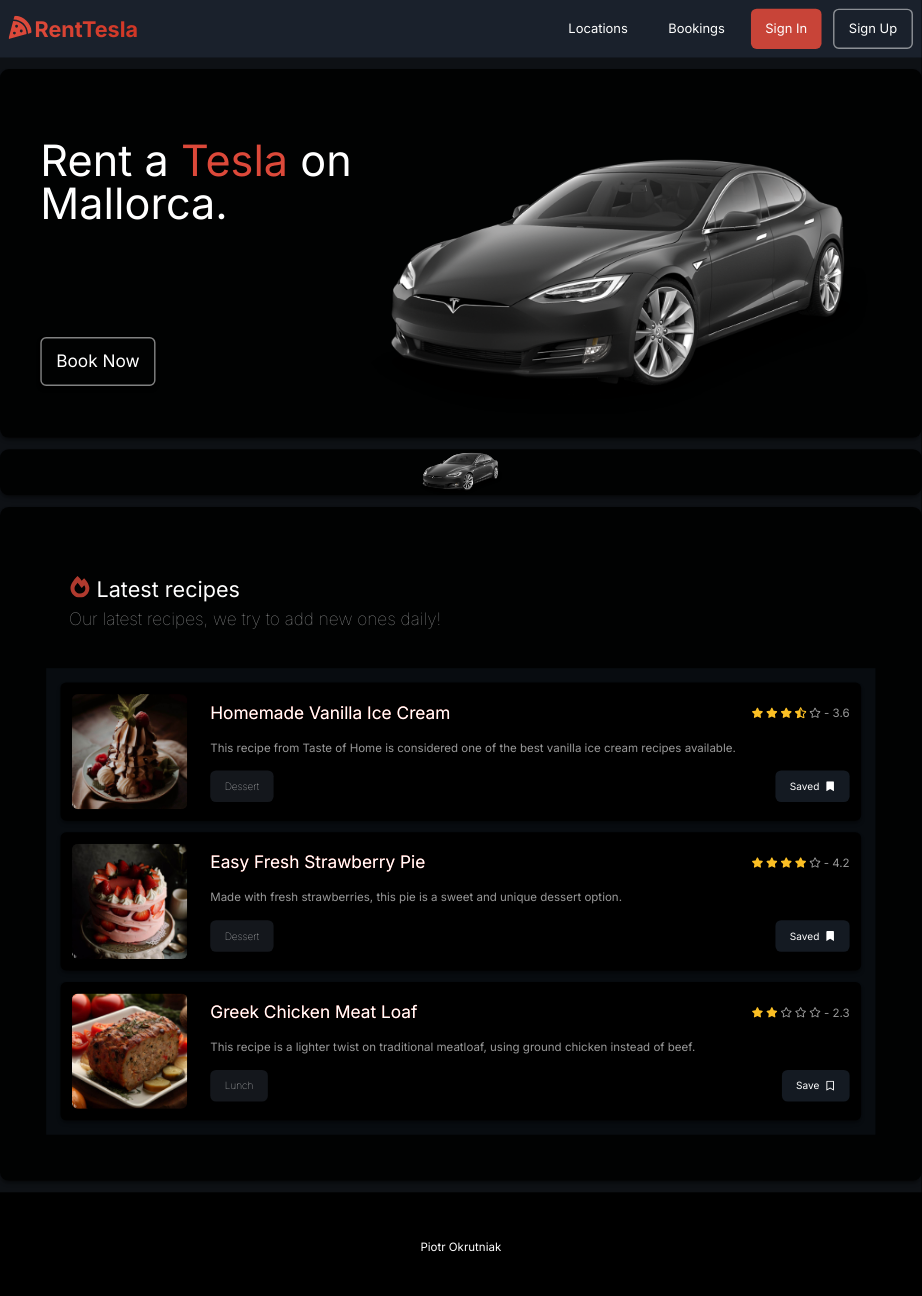
Repository: piotrokrutniak/RentallApp.UI
Page: /
The author's editor kept a copy of each file at every save. The page is drawn from the files as they stood at one save, then again after the next save.
The browser window is 1280 px wide. The pictures show the whole page, at 72% of full size.
The project was rebuilt for these pictures with package versions that can differ from the ones it lists, and the page was loaded fresh each time. The framework's server and built-in components were replaced by stand-ins that run in the browser. Also part of the build but not shown: next.config.js.

Above is the page before, as saved 2023-10-05 21:07:58.

### src/app/layout.tsx
import './globals.css'
import type { Metadata } from 'next'
import { Inter } from 'next/font/google'
import NavBar from './components/navbar/navbar'
import Footbar from './components/footbar/footbar'

const inter = Inter({ subsets: ['latin'] })

export const metadata: Metadata = {
  title: 'Recipefy',
  description: 'Website with the tastiest recipes!',
}

export default function RootLayout({
  children,
}: {
  children: React.ReactNode
}) {
  return (
    <html lang="en">
      <body className={`${inter.className} bg-black`}>
        <div className="bg-slate-600/20 min-h-screen pb-4">
        <NavBar/>
        {children}
        </div>
        <Footbar/>
      </body>
    </html>
  )
}

### src/app/page.tsx
import Image, { StaticImageData } from 'next/image'
import { FaMugHot, FaCookieBite, FaHamburger, FaFireAlt, FaBookmark, FaRegBookmark } from 'react-icons/fa'
import CookingSvg from './components/svgComponents/CookingSvg'
import Rating from './components/generic/rating'
import Button from './components/generic/button'
import tesla from '../../public/media/tesla-mirrored.png'
import lunch from '../../public/media/lunch.jpg'
import dessert from '../../public/media/dessert.jpg'
import strawberryCake from '../../public/media/recipes/strawberryCake.jpg'
import greekMeatLoaf from '../../public/media/recipes/greekMeatLoaf.jpg'
import vanillaIceCream from '../../public/media/recipes/vanillaIceCream.jpg'
import { useState } from 'react'
import { RecipeListing } from './components/generic/recipeListing'
import { Input } from 'postcss'
import SearchBar from './components/generic/searchBar'

export default function Home() {
  return (
    <main className="flex flex-col m-auto gap-4">
      <section id="header-section" className='max-w-7xl bg-black/90 m-auto w-full px-14 py-8 rounded-xl mt-4 shadow-md shadow-black/40'>
        <div className="sm:p-8 pb-14 flex justify-between">

        </div>
        <div className='w-full flex justify-between'>
          <div className="flex flex-col gap-10 justify-between pb-10 text-white">
          <h1 className="text-5xl md:text-6xl"> Rent a <span className="text-vermilion-400">Tesla</span> on Mallorca. </h1>
          <Button className="w-fit py-4 rounded-lg shadow-md shadow-black hover:bg-vermilion-500 bg-transparent capitalize border-white/50 hover:border-vermilion-500 border-2 text-2xl">
            Book Now
          </Button>
          </div>
          <div className="relative w-full h-96 left-0 flex gap-10 pt-3 overflow-x-auto m-auto justify-around select-none pb-10">
              <Image src={tesla} layout="fill" objectFit="contain" alt="Breakfast Photo" className="h-96 group-hover:opacity-50"/>
          </div>
        </div>
      </section>

      <section id="searchbar-section" className='max-w-7xl relative bg-black/90 px-7 m-auto w-full p-8 sm:px-16 rounded-xl shadow-md shadow-black/40 flex-col'>
        <Image src={tesla} layout="fill" objectFit="contain" alt="Breakfast Photo" className="group-hover:opacity-50"/>
      </section>

      <section id="top-picks-section" className='max-w-7xl bg-black/90 m-auto w-full sm:p-8 rounded-xl shadow-md shadow-black/40 flex-col'>
        <div className="lg:p-8 pb-14 flex flex-col gap-5">
          <div className="p-8">
            <h1 className="text-3xl text-white flex gap-2 pb-2" > <FaFireAlt className="opacity-80 fill-vermilion-400"/> Latest recipes</h1>
            <p className="text-2xl font-thin text-white/60 flex gap-2" > Our latest recipes, we try to add new ones daily!</p>
          </div>
          <div className="w-full h-fit p-5 bg-slate-800/25 flex flex-col gap-4">
            <RecipeListing title="Homemade Vanilla Ice Cream"
              desc="This recipe from Taste of Home is considered one of the best vanilla ice cream recipes available."
              image={vanillaIceCream}
              rating={3.6}
              saved={true}
              tags={["Dessert"]}/>
            <RecipeListing title="Easy Fresh Strawberry Pie"
              desc="Made with fresh strawberries, this pie is a sweet and unique dessert option."
              image={strawberryCake}
              rating={4.2}
              saved={true}
              tags={["Dessert"]}/>
            <RecipeListing title="Greek Chicken Meat Loaf"
              desc="This recipe is a lighter twist on traditional meatloaf, using ground chicken instead of beef."
              image={greekMeatLoaf}
              rating={2.3}
              saved={false}
              tags={["Lunch"]}/>
          </div>
        </div>
      </section>
    </main>
  )
}

### src/app/globals.css
@tailwind base;
@tailwind components;
@tailwind utilities;

:root {}

@media (prefers-color-scheme: dark) {
  :root {}
}

body {}

### src/app/components/navbar/navbar.tsx
"use client"

import { FaPizzaSlice, FaBars } from "react-icons/fa"
import { BsX } from "react-icons/bs"
import Button from "../generic/button"
import { useState } from "react"
import Link from "next/link"


export default function NavBar(){
    const [showMobile, setShowMobile] = useState(false)

    return(
        <div className="bg-black/80 sticky top-0 z-20 backdrop-blur-xl">
            <div className="w-full flex bg-slate-700/50 ">
                <div className="p-3 m-auto w-full flex max-w-7xl justify-between items-center">
                    <Link href="/">
                    <div className="flex gap-1 h-fit select-none cursor-pointer active:opacity-80 hover:border-b-2 hover:pb-1 active:pb-0
                            border-opacity-0 border-vermilion-400 hover:border-opacity-100 border-b-0 transition-all">
                        <FaPizzaSlice className="h-full w-8 fill-vermilion-400"/>
                        <h1 className="text-3xl font-bold text-transparent bg-clip-text bg-gradient-to-r from-vermilion-400 to-vermilion-500">RentTesla</h1>
                    </div>
                    </Link>
                    <div className="hidden text-lg gap-4 md:flex">
                        <Button className="text-white bg-transparent active:bg-slate-100/5 hover:bg-slate-100/5 shadow-black/40 hover:shadow-md"
                            onClick={undefined}>
                            Locations
                        </Button>
                        <Button className="text-white bg-transparent active:bg-slate-100/5 hover:bg-slate-100/5 shadow-black/40 hover:shadow-md"
                            onClick={undefined}>
                            Bookings
                        </Button>
                        <Button className="text-white bg-vermilion-400 shadow-black/40 hover:shadow-md"
                            onClick={undefined}>
                            Sign In
                        </Button>
                        <Button className="text-white bg-transparent capitalize border-2 border-white/50 hover:border-vermilion-400 hover:text-vermilion-400
                            active:opacity-80 shadow-black/40 hover:shadow-md"
                            onClick={undefined}>
                            Sign Up
                        </Button>
                    </div>
                    <div className="md:hidden">
                        <FaBars className="h-10 w-10 fill-white cursor-pointer hover:fill-vermilion-400 active:opacity-80" onClick={() => setShowMobile(true)}/>
                    </div>
                    <div className={`${showMobile ? "" : "translate-x-full"} absolute w-screen h-screen bg-black left-0 top-0 md:hidden transition-all z-50 ease-in-out`}>
                    <div id="mobile-header" className="flex flex-row-reverse w-full">
                        <BsX className="fill-white w-16 h-16 cursor-pointer hover:fill-vermilion-400" onClick={() => setShowMobile(false)}/>
                    </div>
                    <div id="mobile-body">XDDDDDDDDDDDDDDDDD</div>
                    </div>
                </div>
            </div>
        </div>
    )
}

### src/app/components/footbar/footbar.tsx
export default function Footbar(){
    return(
        <div className="w-full h-20 bg-black mt-16 text-center text-white">
            Piotr Okrutniak
        </div>
    )
}

### src/app/components/generic/button.tsx
import { MouseEventHandler } from "react";

export default function Button({ children, className, onClick, disabled } : { children: React.ReactNode, className: string, onClick: undefined | MouseEventHandler<HTMLButtonElement>, disabled?: boolean }){
    return(
        <button className={`${className} px-5 py-3 rounded-lg bg-blue-500 bg-opacity-90 active:bg-opacity-80 hover:bg-opacity-100 cursor-pointer transition-all flex items-center gap-2 place-items-center`}
            onClick={onClick}
            disabled={disabled}>
            {children}
        </button>
    )
}

### src/app/components/generic/recipeListing.tsx
"use client";
import Image, { StaticImageData } from "next/image"
import Rating from "./rating"
import Button from "./button"
import { FaMugHot, FaCookieBite, FaHamburger, FaFireAlt, FaBookmark, FaRegBookmark } from 'react-icons/fa'
import { useState } from "react"

export function RecipeListing({rating = 0, title, desc, tags, image, saved,}:
    {rating: number | undefined, title: string | undefined, desc: string | undefined, tags: string[], image: StaticImageData | string, saved: boolean }){
      const [isSaved, setSaved] = useState(saved)

      return(
        <div className="w-full p-4 md:h-48 bg-black hover:bg-slate-500/20 rounded-lg shadow-md shadow-black/40 flex flex-col md:flex-row md:justify-between gap-8 items-center text-white group">
          <div className='h-64 w-full md:w-40 md:h-40 shrink-0 rounded-lg overflow-hidden relative cursor-pointer'>
            <Image src={image} layout="fill" objectFit="cover" alt="Breakfast Photo"/>
          </div>
          <div className="h-fit w-full items-center">
            <div className="flex justify-between items-center">
              <h1 className="text-2xl cursor-pointer bg-clip-text hover:text-transparent bg-gradient-to-r from-vermilion-500 to-vermilion-400">{title ?? "Recipe Name"}</h1>
              <Rating rating={rating}/>
            </div>
            <div className="flex justify-between items-center pt-5">
              <p className="text-white/60">{desc ?? "Description"}</p>
            </div>
            <div className="flex justify-between items-center pt-5">
              {tags.map(x => <Button className="bg-slate-500/20 hover:bg-slate-500/40 text-sm font-thin py-1" onClick={undefined}>{x}</Button>)}
              <Button className="bg-slate-700/40 hover:bg-vermilion-500/90 active:opacity-80 text-sm font-normal py-1 transition-all flex items-center gap-2"
                onClick={() => setSaved(x => !x)}>
                {isSaved ? <>Saved <FaBookmark/></> : <>Save <FaRegBookmark/></>}
                </Button>
            </div>
          </div>
        </div>
      )
  }

### src/app/components/generic/rating.tsx
import { FaStar, FaStarHalf, FaStarHalfAlt, FaRegStar} from 'react-icons/fa'
import { IconType } from 'react-icons'

export default function Rating({rating = 0,}: {rating: number | undefined | void}){
    const defaultRating: boolean[] = [false, false, false, false, false]

    const initRating: number = rating

    const ratings: React.JSX.Element[] = []

    for(let i: number = 0; i < 5; i++){
        rating >= 1 ?  ratings.push(<Star filled={true}/>) : ratings.push(rating >= 0.5 ? <HalfStar/> : <Star filled={false}/>)
        rating -= 1;
    }



    return(
        <div className="flex gap-1 items-center shrink-0 text-white/60">
            {ratings} - {initRating}
        </div>
    )
}

function Star({filled = false,}: {filled: boolean}){
    return filled ? <FaStar className="fill-amber-400"/> : <FaRegStar/>
}

function HalfStar(){
    return <FaStarHalfAlt className="fill-amber-400"/>
}

### tailwind.config.js
/** @type {import('tailwindcss').Config} */
module.exports = {
  content: [
    './src/pages/**/*.{js,ts,jsx,tsx,mdx}',
    './src/components/**/*.{js,ts,jsx,tsx,mdx}',
    './src/app/**/*.{js,ts,jsx,tsx,mdx}',
  ],
  theme: {
    extend: {
      backgroundImage: {
        'gradient-radial': 'radial-gradient(var(--tw-gradient-stops))',
        'gradient-conic':
          'conic-gradient(from 180deg at 50% 50%, var(--tw-gradient-stops))',
      },
      height:{
        '112': '28rem',
        '128': '32rem',
      },
      width:{
        '112': '28rem',
        '128': '32rem',
      },
      colors:{
        "emerald":{
          "50": "#b0fde8",
          "100": "#60FBD2",
          "200": "#24F9C1",
          "400": "#06EFB1",
          "500": "#06d6a0",
        },
        "paygray":{
          "50": "#CED9DE",
          "100": "#aabcc5",
          "200": "#7996A4",
          "400": "#638292",
          "500": "#5A7684",
        },
        "vermilion":{
          "50": "#f0afa8",
          "100": "#ea8f85",
          "200": "#E06052",
          "400": "#dc493a",
          "500": "#d03625",
        },

      },
      minWidth:{
        'mobile': '360px',
        '54': '258px',
      },
      screens:{
        'xs': '580px',
        '850': '850px',
      },
    },
  },
  plugins: [],
}

After the next save:
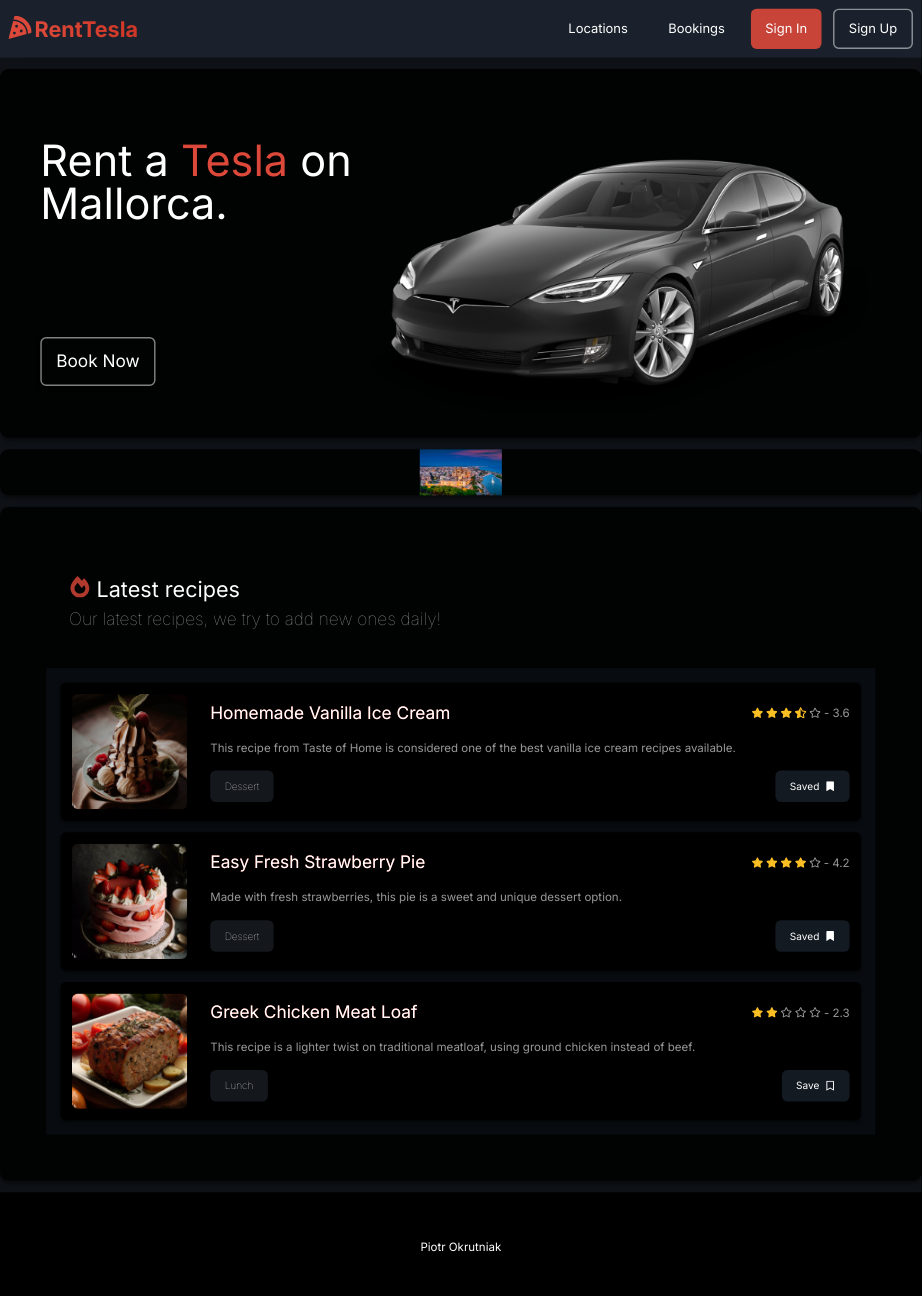
Saved 19 s later.
--- a/src/app/page.tsx
+++ b/src/app/page.tsx
@@ -4,7 +4,7 @@
 import Rating from './components/generic/rating'
 import Button from './components/generic/button'
 import tesla from '../../public/media/tesla-mirrored.png'
-import lunch from '../../public/media/lunch.jpg'
+import lunch from '../../public/media/mallorca-view.jpg'
 import dessert from '../../public/media/dessert.jpg'
 import strawberryCake from '../../public/media/recipes/strawberryCake.jpg'
 import greekMeatLoaf from '../../public/media/recipes/greekMeatLoaf.jpg'
@@ -35,7 +35,7 @@
       </section>
 
       <section id="searchbar-section" className='max-w-7xl relative bg-black/90 px-7 m-auto w-full p-8 sm:px-16 rounded-xl shadow-md shadow-black/40 flex-col'>
-        <Image src={tesla} layout="fill" objectFit="contain" alt="Breakfast Photo" className="group-hover:opacity-50"/>
+        <Image src={lunch} layout="fill" objectFit="contain" alt="Breakfast Photo" className="group-hover:opacity-50"/>
       </section>
 
       <section id="top-picks-section" className='max-w-7xl bg-black/90 m-auto w-full sm:p-8 rounded-xl shadow-md shadow-black/40 flex-col'>
